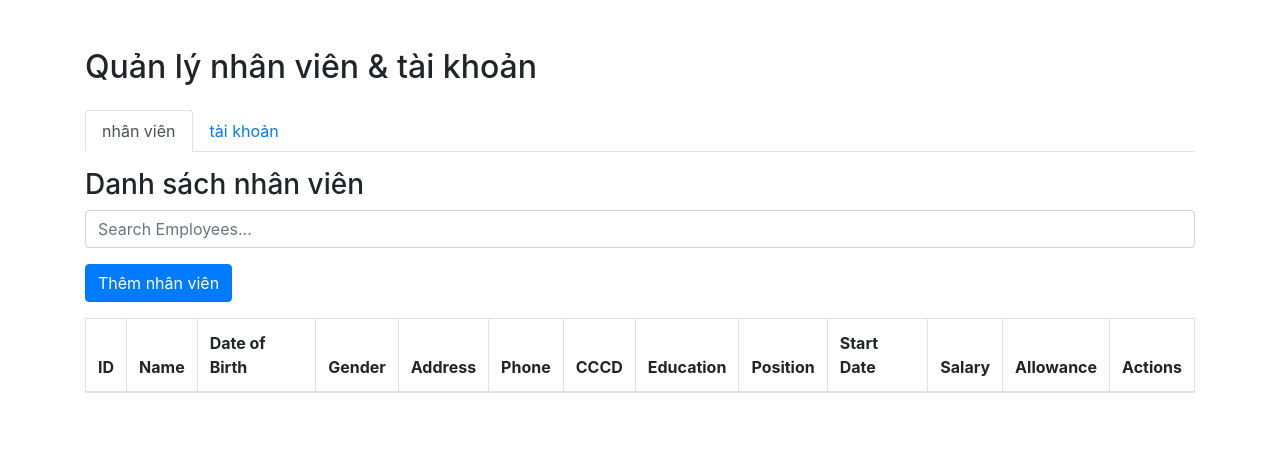
Repository: HuuThanh0602/PhongKhamNhi
Page: http://localhost/
An editor plug-in stored every save of this project. The page is shown before and after the next save, followed by the edit.
The browser window is 1280 px wide. The pictures show the whole page.
Some web libraries are served in a nearby version. The page is run by PHP 8.4 with error messages shown; the project is at /var/www/html/. Queries for data that is not in the repository find no rows.

Above is the page before, as saved 2024-11-03 07:35:46.

### nhanvien/index.php
<!DOCTYPE html>
<html lang="en">

<head>
    <meta charset="UTF-8">
    <meta name="viewport" content="width=device-width, initial-scale=1.0">
    <title>Quản lý nhân viên & tài khoản</title>
    <!-- Bootstrap CSS -->
    <link href="https://maxcdn.bootstrapcdn.com/bootstrap/4.5.2/css/bootstrap.min.css" rel="stylesheet">
</head>

<body>
    <div class="container mt-5">
        <h2 class="mb-4"> Quản lý nhân viên & tài khoản  </h2>

        <!-- Nav tabs -->
        <ul class="nav nav-tabs" id="myTab" role="tablist">
            <li class="nav-item">
                <a class="nav-link active" id="employee-tab" data-toggle="tab" href="#employee" role="tab">nhân viên</a>
            </li>
            <li class="nav-item">
                <a class="nav-link" id="account-tab" data-toggle="tab" href="#account" role="tab"> tài khoản</a>
            </li>
        </ul>

        <!-- Tab panes -->
        <div class="tab-content mt-3">
            <!-- Employee List -->
            <div class="tab-pane fade show active" id="employee" role="tabpanel">
                <h3>Danh sách nhân viên</h3>
                <form method="GET" action="">
                    <input type="text" name="search" class="form-control mb-3" placeholder="Search Employees..." value="<?php echo isset($_GET['search']) ? htmlspecialchars($_GET['search']) : ''; ?>">
                </form>
                <a href="add_employee.php" class="btn btn-primary mb-3">Thêm nhân viên</a>
                <table class="table table-striped table-bordered">
                    <thead>
                        <tr>
                            <th>ID</th>
                            <th>Name</th>
                            <th>Date of Birth</th>
                            <th>Gender</th>
                            <th>Address</th>
                            <th>Phone</th>
                            <th>CCCD</th>
                            <th>Education</th>
                            <th>Position</th>
                            <th>Start Date</th>
                            <th>Salary</th>
                            <th>Allowance</th>
                            <th>Actions</th>
                        </tr>
                    </thead>
                    <tbody>
                        <?php
                        // Connect to SQL Server and fetch employee data
                        require_once 'DBConnection.php';
                        $db = new DBConnection();
                        $conn = $db->connect();

                        $search = isset($_GET['search']) ? $_GET['search'] : '';
                        $stmt = $conn->prepare("SELECT * FROM NhanVien WHERE HoTen LIKE :search");
                        $stmt->execute(['search' => '%' . $search . '%']);
                        $employees = $stmt->fetchAll(PDO::FETCH_ASSOC);

                        foreach ($employees as $employee) {
                            echo "<tr>
                                <td>{$employee['MaNhanVien']}</td>
                                <td>{$employee['HoTen']}</td>
                                <td>{$employee['NgaySinh']}</td>
                                <td>{$employee['GioiTinh']}</td>
                                <td>{$employee['DiaChi']}</td>
                                <td>{$employee['SoDienThoai']}</td>
                                <td>{$employee['SoCCCD']}</td>
                                <td>{$employee['TrinhDo']}</td>
                                <td>{$employee['ChucVu']}</td>
                                <td>{$employee['NgayVaoLam']}</td>
                                <td>{$employee['MucLuong']}</td>
                                <td>{$employee['PhuCap']}</td>
                                <td>
                                    <a href='edit_employee.php?id={$employee['MaNhanVien']}' class='btn btn-warning btn-sm'>Edit</a>
                                    <a href='delete_employee.php?id={$employee['MaNhanVien']}' class='btn btn-danger btn-sm' onclick='return confirm(\"Are you sure?\")'>Delete</a>
                                </td>
                            </tr>";
                        }
                        ?>
                    </tbody>
                </table>
            </div>

            <!-- Account List -->
            <div class="tab-pane fade" id="account" role="tabpanel">
                <h3>Account List</h3>
                <form method="GET" action="">
                    <input type="text" name="search_account" class="form-control mb-3" placeholder="Search by Employee ID..." value="<?php echo isset($_GET['search_account']) ? htmlspecialchars($_GET['search_account']) : ''; ?>">
                </form>
                <a href="add_account.php" class="btn btn-primary mb-3">Thêm tài khoản</a>
                <table class="table table-striped table-bordered">
                    <thead class="thead-dark">
                        <tr>
                            <th>Account Number</th>
                            <th>Employee ID</th>
                            <th>Username</th>
                            <th>Password</th>
                            <th>Actions</th>
                        </tr>
                    </thead>
                    <tbody>
                        <?php
                        // Fetch account data
                        $search_account = isset($_GET['search_account']) ? $_GET['search_account'] : '';
                        $stmt = $conn->prepare("SELECT * FROM TaiKhoan WHERE MaNhanVien LIKE :search_account");
                        $stmt->execute(['search_account' => '%' . $search_account . '%']);
                        $accounts = $stmt->fetchAll(PDO::FETCH_ASSOC);

                        foreach ($accounts as $account) {
                            echo "<tr>
                    <td>{$account['SoTaiKhoan']}</td>
                    <td>{$account['MaNhanVien']}</td>
                    <td>{$account['TenDangNhap']}</td>
                    <td>{$account['MatKhau']}</td>
                    <td>
                        <a href='edit_account.php?id={$account['SoTaiKhoan']}' class='btn btn-warning btn-sm'>Edit</a>
                        <a href='delete_account.php?id={$account['SoTaiKhoan']}' class='btn btn-danger btn-sm' onclick='return confirm(\"Are you sure?\")'>Delete</a>
                    </td>
                </tr>";
                        }
                        ?>
                    </tbody>
                </table>
            </div>

            <!-- Bootstrap JS and dependencies -->
            <script src="https://code.jquery.com/jquery-3.5.1.slim.min.js"></script>
            <script src="https://cdn.jsdelivr.net/npm/@popperjs/core@2.5.4/dist/umd/popper.min.js"></script>
            <script src="https://stackpath.bootstrapcdn.com/bootstrap/4.5.2/js/bootstrap.min.js"></script>
</body>

</html>

### nhanvien/DBConnection.php
<?php

class DBConnection {
    private $host = '127.0.0.1';
    private $dbName = 'BTL';
    private $username = 'root';
    private $password = '';
    private $conn;

    public function connect() {
        $this->conn = null;
        try {
            // Chuỗi kết nối MySQL
            $this->conn = new PDO("mysql:host=$this->host;dbname=$this->dbName", $this->username, $this->password);
            $this->conn->setAttribute(PDO::ATTR_ERRMODE, PDO::ERRMODE_EXCEPTION);
            $this->conn->setAttribute(PDO::ATTR_DEFAULT_FETCH_MODE, PDO::FETCH_ASSOC);
        } catch (PDOException $e) {
            echo "Kết nối thất bại: " . $e->getMessage();
        }
        return $this->conn;
    }

    public function disconnect() {
        $this->conn = null;
    }
}

After the next save:
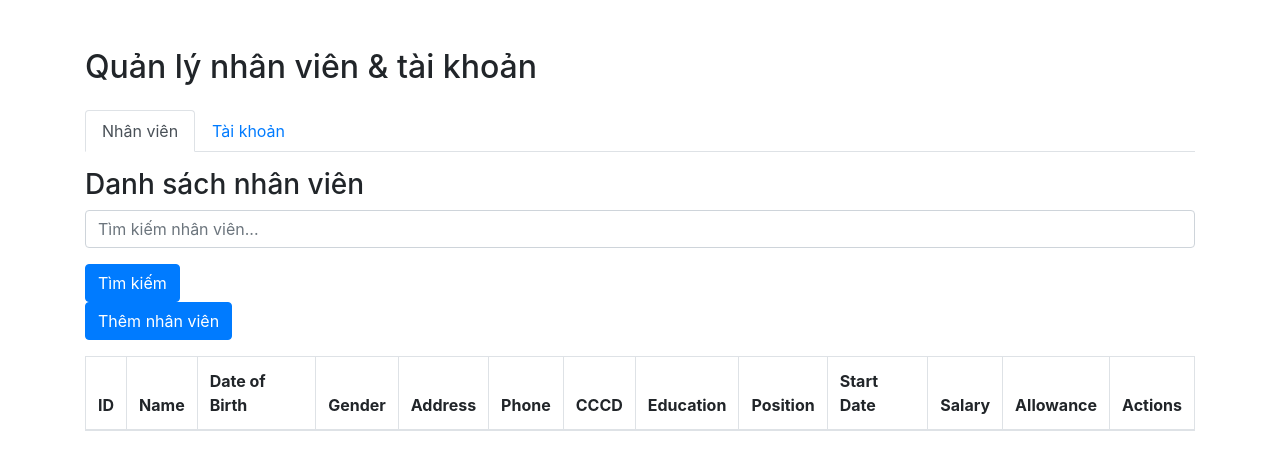
Saved 4 min 4 s later.
--- a/nhanvien/index.php
+++ b/nhanvien/index.php
@@ -11,15 +11,15 @@
 
 <body>
     <div class="container mt-5">
-        <h2 class="mb-4"> Quản lý nhân viên & tài khoản  </h2>
+        <h2 class="mb-4">Quản lý nhân viên & tài khoản</h2>
 
         <!-- Nav tabs -->
         <ul class="nav nav-tabs" id="myTab" role="tablist">
             <li class="nav-item">
-                <a class="nav-link active" id="employee-tab" data-toggle="tab" href="#employee" role="tab">nhân viên</a>
+                <a class="nav-link active" id="employee-tab" data-toggle="tab" href="#employee" role="tab">Nhân viên</a>
             </li>
             <li class="nav-item">
-                <a class="nav-link" id="account-tab" data-toggle="tab" href="#account" role="tab"> tài khoản</a>
+                <a class="nav-link" id="account-tab" data-toggle="tab" href="#account" role="tab">Tài khoản</a>
             </li>
         </ul>
 
@@ -29,7 +29,8 @@
             <div class="tab-pane fade show active" id="employee" role="tabpanel">
                 <h3>Danh sách nhân viên</h3>
                 <form method="GET" action="">
-                    <input type="text" name="search" class="form-control mb-3" placeholder="Search Employees..." value="<?php echo isset($_GET['search']) ? htmlspecialchars($_GET['search']) : ''; ?>">
+                    <input type="text" name="search" class="form-control mb-3" placeholder="Tìm kiếm nhân viên..." value="<?php echo isset($_GET['search']) ? htmlspecialchars($_GET['search']) : ''; ?>">
+                    <button type="submit" class="btn btn-primary">Tìm kiếm</button>
                 </form>
                 <a href="add_employee.php" class="btn btn-primary mb-3">Thêm nhân viên</a>
                 <table class="table table-striped table-bordered">
@@ -77,8 +78,8 @@
                                 <td>{$employee['MucLuong']}</td>
                                 <td>{$employee['PhuCap']}</td>
                                 <td>
-                                    <a href='edit_employee.php?id={$employee['MaNhanVien']}' class='btn btn-warning btn-sm'>Edit</a>
-                                    <a href='delete_employee.php?id={$employee['MaNhanVien']}' class='btn btn-danger btn-sm' onclick='return confirm(\"Are you sure?\")'>Delete</a>
+                                    <a href='edit_employee.php?id={$employee['MaNhanVien']}' class='btn btn-warning btn-sm'>Sửa</a>
+                                    <a href='delete_employee.php?id={$employee['MaNhanVien']}' class='btn btn-danger btn-sm' onclick='return confirm(\"Bạn có chắc chắn muốn xóa?\")'>Xóa</a>
                                 </td>
                             </tr>";
                         }
@@ -89,9 +90,10 @@
 
             <!-- Account List -->
             <div class="tab-pane fade" id="account" role="tabpanel">
-                <h3>Account List</h3>
+                <h3>Danh sách tài khoản</h3>
                 <form method="GET" action="">
-                    <input type="text" name="search_account" class="form-control mb-3" placeholder="Search by Employee ID..." value="<?php echo isset($_GET['search_account']) ? htmlspecialchars($_GET['search_account']) : ''; ?>">
+                    <input type="text" name="search_account" class="form-control mb-3" placeholder="Tìm kiếm theo ID nhân viên..." value="<?php echo isset($_GET['search_account']) ? htmlspecialchars($_GET['search_account']) : ''; ?>">
+                    <button type="submit" class="btn btn-primary">Tìm kiếm</button>
                 </form>
                 <a href="add_account.php" class="btn btn-primary mb-3">Thêm tài khoản</a>
                 <table class="table table-striped table-bordered">
@@ -114,25 +116,26 @@
 
                         foreach ($accounts as $account) {
                             echo "<tr>
-                    <td>{$account['SoTaiKhoan']}</td>
-                    <td>{$account['MaNhanVien']}</td>
-                    <td>{$account['TenDangNhap']}</td>
-                    <td>{$account['MatKhau']}</td>
-                    <td>
-                        <a href='edit_account.php?id={$account['SoTaiKhoan']}' class='btn btn-warning btn-sm'>Edit</a>
-                        <a href='delete_account.php?id={$account['SoTaiKhoan']}' class='btn btn-danger btn-sm' onclick='return confirm(\"Are you sure?\")'>Delete</a>
-                    </td>
-                </tr>";
+                                <td>{$account['SoTaiKhoan']}</td>
+                                <td>{$account['MaNhanVien']}</td>
+                                <td>{$account['TenDangNhap']}</td>
+                                <td>****</td> <!-- Masked Password for Security -->
+                                <td>
+                                    <a href='edit_account.php?id={$account['SoTaiKhoan']}' class='btn btn-warning btn-sm'>Sửa</a>
+                                    <a href='delete_account.php?id={$account['SoTaiKhoan']}' class='btn btn-danger btn-sm' onclick='return confirm(\"Bạn có chắc chắn muốn xóa?\")'>Xóa</a>
+                                </td>
+                            </tr>";
                         }
                         ?>
                     </tbody>
                 </table>
             </div>
+        </div>
+    </div>
 
-            <!-- Bootstrap JS and dependencies -->
-            <script src="https://code.jquery.com/jquery-3.5.1.slim.min.js"></script>
-            <script src="https://cdn.jsdelivr.net/npm/@popperjs/core@2.5.4/dist/umd/popper.min.js"></script>
-            <script src="https://stackpath.bootstrapcdn.com/bootstrap/4.5.2/js/bootstrap.min.js"></script>
+    <!-- Bootstrap JS and dependencies -->
+    <script src="https://code.jquery.com/jquery-3.5.1.slim.min.js"></script>
+    <script src="https://cdn.jsdelivr.net/npm/@popperjs/core@2.5.4/dist/umd/popper.min.js"></script>
+    <script src="https://stackpath.bootstrapcdn.com/bootstrap/4.5.2/js/bootstrap.min.js"></script>
 </body>
-
 </html>
